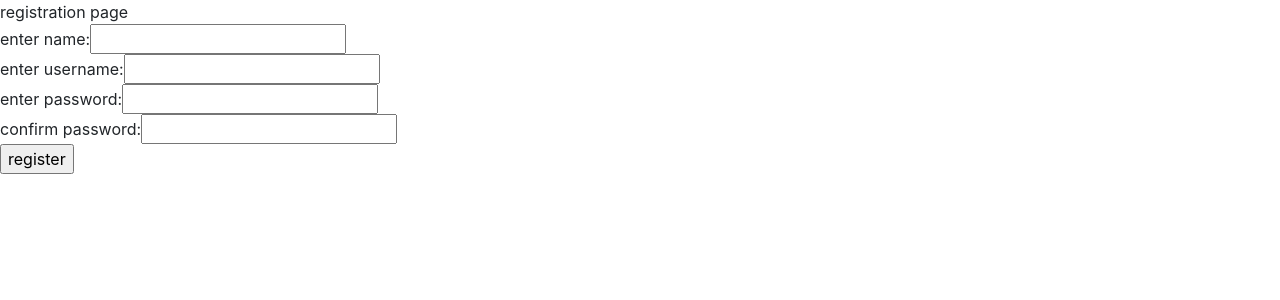
Repository: vishnushelke/LoginPage
Page: http://localhost/MyLoginPage/register.jsp
The author's editor kept a copy of each file at every save. The page is drawn from the files as they stood at one save, then again after the next save.
The browser window is 1280 px wide. The pictures show the whole page.
The page is served by Tomcat 9.

Above is the page before, as saved 2019-10-10 05:58:29.

After the next save:
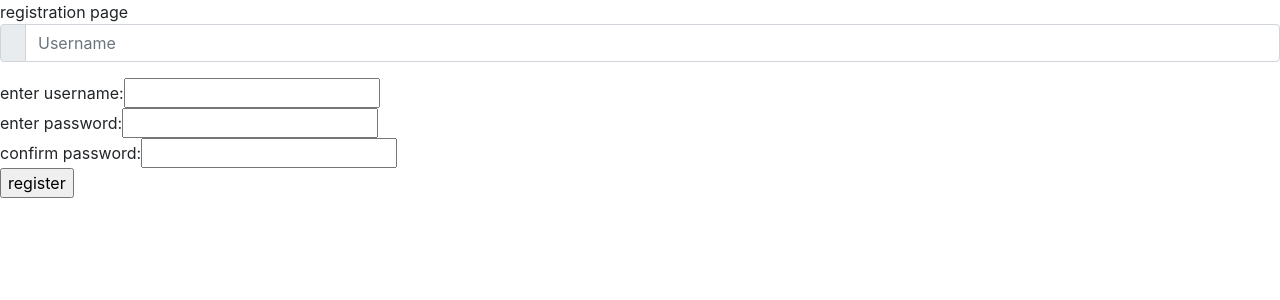
Saved 37 s later.
--- a/MyLoginPage/WebContent/register.jsp
+++ b/MyLoginPage/WebContent/register.jsp
@@ -17,7 +17,12 @@ src="https://maxcdn.bootstrapcdn.com/bootstrap/4.3.1/js/bootstrap.min.js"></scri
 <body>
 <form action="register" method="post">
 registration page<br>
-enter name:<input type="text" name="name"><br>
+<div class="input-group mb-3">
+  <div class="input-group-prepend">
+    <span class="input-group-text" id="basic-addon1"></span>
+  </div>
+  <input type="text" class="form-control" placeholder="Username" aria-label="Username" aria-describedby="basic-addon1">
+</div>
 enter username:<input type="text" name="username"><br>
 enter password:<input type="password" name="password"><br>
 confirm password:<input type="password" name="confirm_password"><br>
